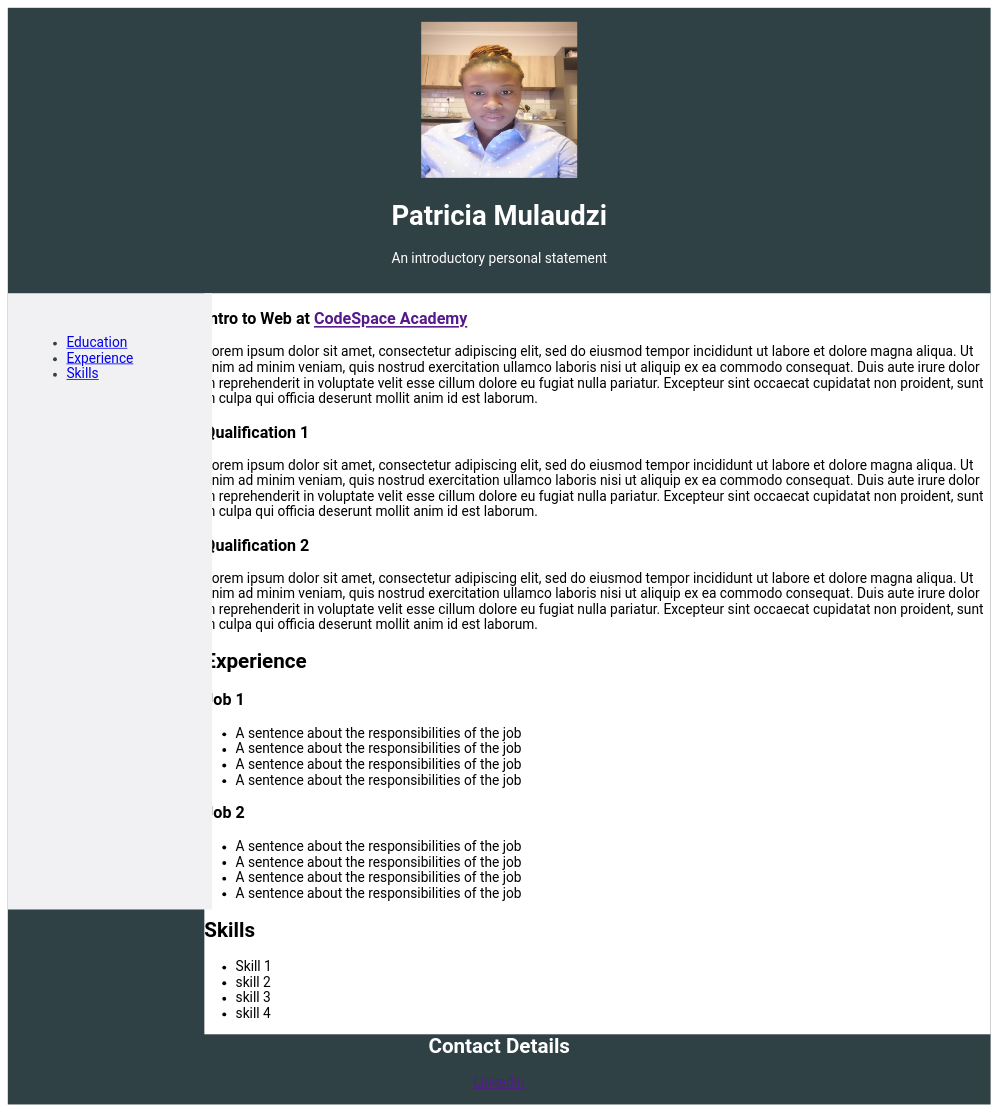
Repository: Patricious/Digital-Resume-01
Page: index.html
These files come from the project's save history. The page is drawn as it stood at one moment and after the next save; the edit follows.
The browser window is 1280 px wide. The pictures show the whole page, at 78% of full size.

Above is the page before, as saved 2021-08-23 10:44:40.

### index.html
<!DOCTYPE html>
<html>

<head>
    <title>Patricia Digital Resume</title>
    <link rel="stylesheet" type="text/css" href="css/stylesheet.css">
</head>

<body>

    <header>
        <img src="img/IMG_20200502_085519.jpg" alt="profile" width="200" height="200" />
        <h1>Patricia Mulaudzi</h1>
        <p>An introductory personal statement</p>
    </header>
    <aside>

        <ul>
            <li>
                <a href="#education">Education</a>
            </li>
            <li>
                <a href="#experience">Experience</a>
            </li>
            <li>
                <a href="#skills">Skills</a>
            </li>

        </ul>
    </aside>
    <section>


        <article>

            <h3>Intro to Web at
                <a href=""> CodeSpace Academy</a>

            </h3>
            <p>Lorem ipsum dolor sit amet, consectetur adipiscing elit, sed do eiusmod tempor incididunt ut labore et dolore magna aliqua. Ut enim ad minim veniam, quis nostrud exercitation ullamco laboris nisi ut aliquip ex ea commodo consequat. Duis aute
                irure dolor in reprehenderit in voluptate velit esse cillum dolore eu fugiat nulla pariatur. Excepteur sint occaecat cupidatat non proident, sunt in culpa qui officia deserunt mollit anim id est laborum.</p>
            <h3>Qualification 1</h3>
            <p>Lorem ipsum dolor sit amet, consectetur adipiscing elit, sed do eiusmod tempor incididunt ut labore et dolore magna aliqua. Ut enim ad minim veniam, quis nostrud exercitation ullamco laboris nisi ut aliquip ex ea commodo consequat. Duis aute
                irure dolor in reprehenderit in voluptate velit esse cillum dolore eu fugiat nulla pariatur. Excepteur sint occaecat cupidatat non proident, sunt in culpa qui officia deserunt mollit anim id est laborum.</p>

            <h3>Qualification 2</h3>
            <p>Lorem ipsum dolor sit amet, consectetur adipiscing elit, sed do eiusmod tempor incididunt ut labore et dolore magna aliqua. Ut enim ad minim veniam, quis nostrud exercitation ullamco laboris nisi ut aliquip ex ea commodo consequat. Duis aute
                irure dolor in reprehenderit in voluptate velit esse cillum dolore eu fugiat nulla pariatur. Excepteur sint occaecat cupidatat non proident, sunt in culpa qui officia deserunt mollit anim id est laborum.</p>

            <h2 id="#experience">Experience</h2>
            <h3>Job 1</h3>
            <ul>
                <li>A sentence about the responsibilities of the job</li>
                <li>A sentence about the responsibilities of the job</li>
                <li>A sentence about the responsibilities of the job</li>
                <li>A sentence about the responsibilities of the job</li>
            </ul>

            <h3>Job 2</h3>
            <ul>
                <li>A sentence about the responsibilities of the job</li>
                <li>A sentence about the responsibilities of the job</li>
                <li>A sentence about the responsibilities of the job</li>
                <li>A sentence about the responsibilities of the job</li>
            </ul>

            <h2 id="#skills">Skills</h2>
            <ul>
                <li>Skill 1</li>
                <li> skill 2</li>
                <li> skill 3</li>
                <li> skill 4 </li>
            </ul>
        </article>
    </section>
    <footer>
        <h2 id="#contact">Contact Details</h2>
        <a href=""> LinkedIn</a>
    </footer>
</body>

</html>

### css/stylesheet.css
body {
    font-family: 'Roboto', sans-serif;
    font-size: 110%;
    background-color: #ffffff;
    margin: 10px;
}

header {
    text-align: center;
    background-color: #304145;
    color: #ffffff;
    padding: 1em;
}

aside {
    background-color: #F1F1F3;
    color: #304145;
    width: 15%;
    padding: 2em;
    height: 100%;
    float: left;
    position: absolute;
    flex: 0 0 auto;
}

section {
    float: right;
    margin-left: 20%;
    background-color: #ffffff;
}

footer {
    background-color: #304145;
    text-align: center;
    color: #ffffff;
    padding: 1em;
}

After the next save:
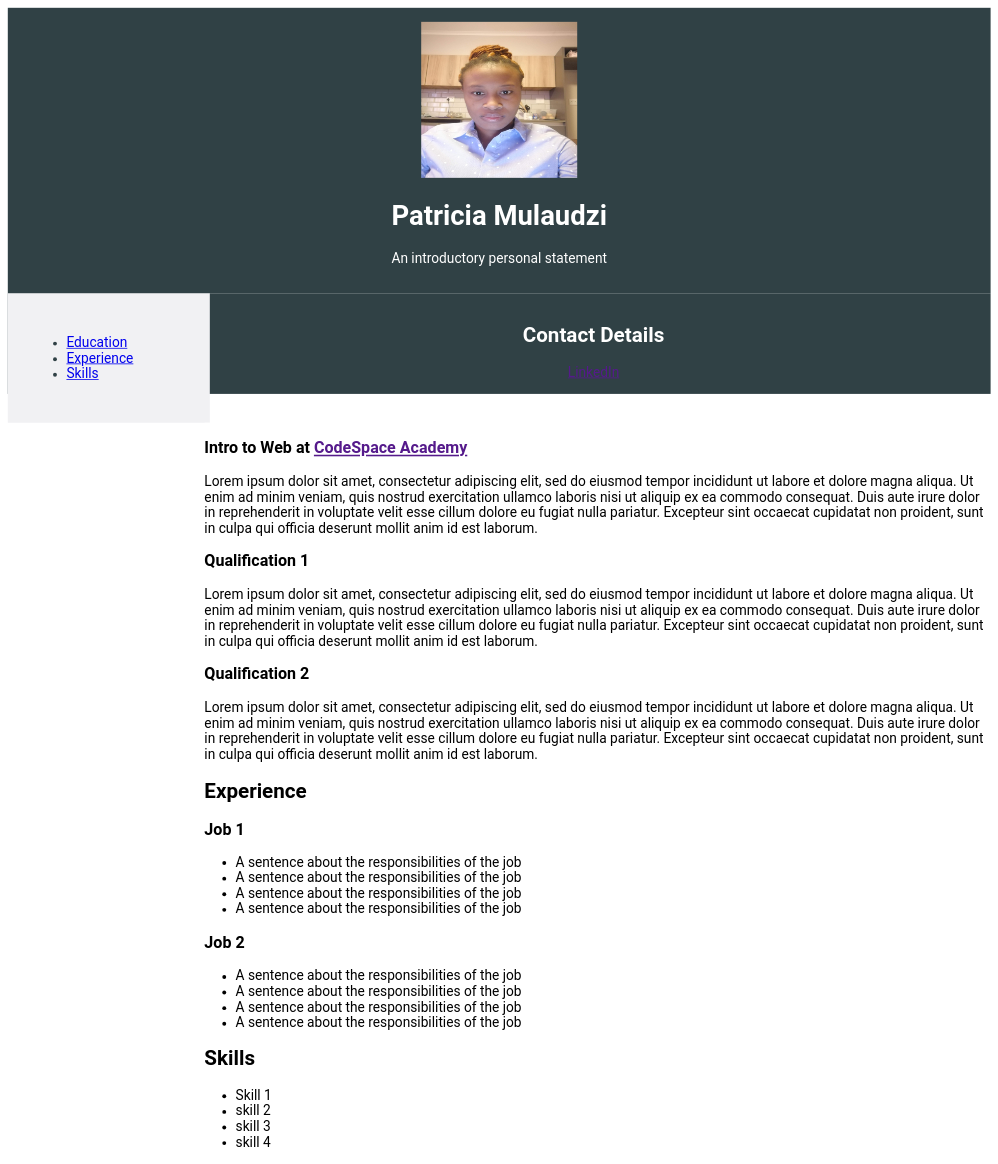
Saved 16 s later.
--- a/css/stylesheet.css
+++ b/css/stylesheet.css
@@ -19,8 +19,6 @@
     padding: 2em;
     height: 100%;
     float: left;
-    position: absolute;
-    flex: 0 0 auto;
 }
 
 section {

After the 3 saves that followed:
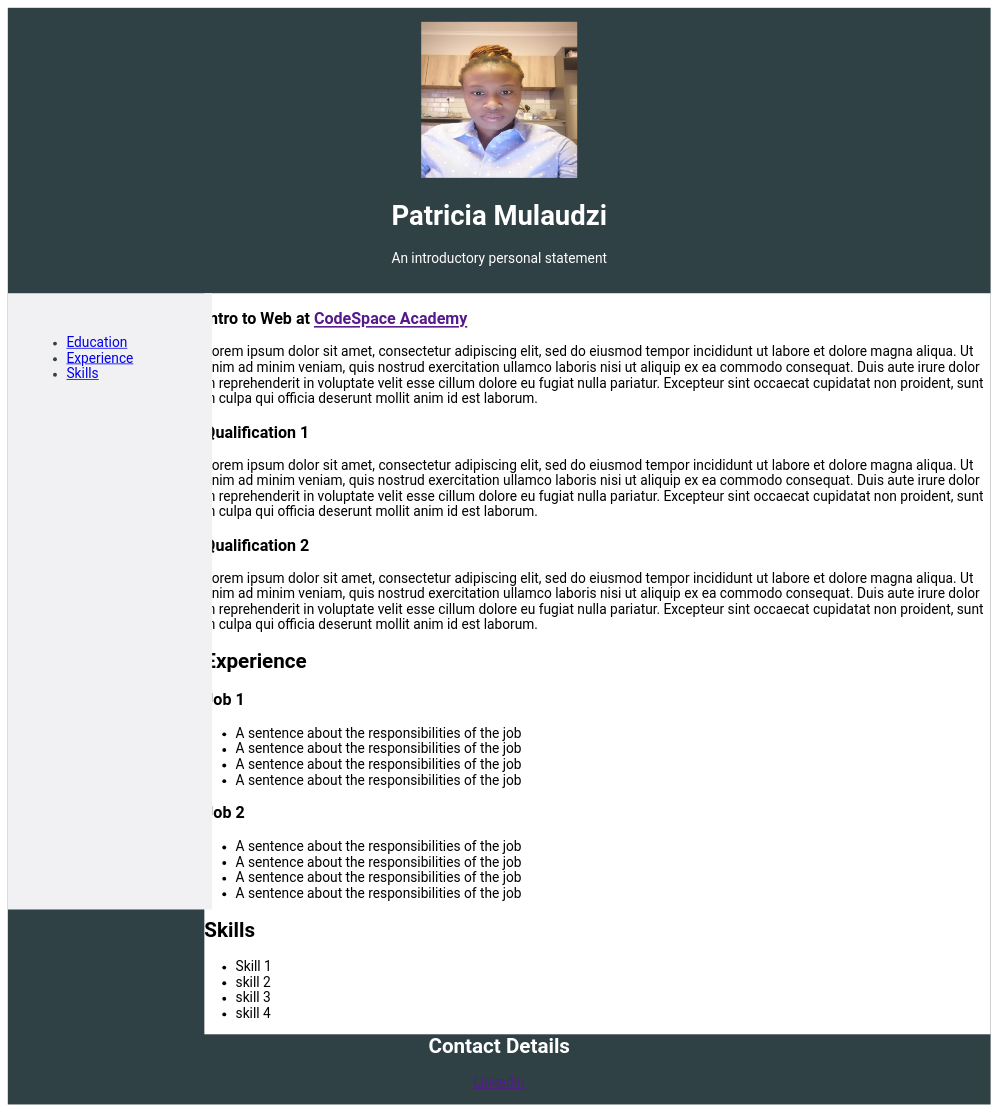
The 3 saves are shown as one change because they came seconds apart.
The last was saved 15 s later.
--- a/css/stylesheet.css
+++ b/css/stylesheet.css
@@ -19,6 +19,8 @@
     padding: 2em;
     height: 100%;
     float: left;
+    position: absolute;
+    flex: 0 0 auto;
 }
 
 section {
